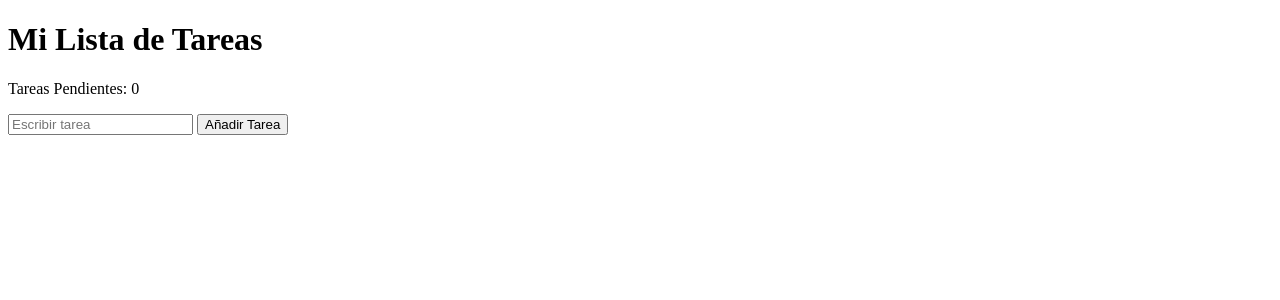
Repository: montsecg/nuclio-javascript-lecture-montse
Page: index.html
These files come from the project's save history. The page is drawn as it stood at one moment and after the next save; the edit follows.
The browser window is 1280 px wide. The pictures show the whole page.

Above is the page before, as saved 2021-04-16 09:45:28.

### index.html
<!DOCTYPE html>
<html lang="es">
<head> <!--tiene información sobre el documento-->
    <meta charset="UTF-8">
    <meta http-equiv="X-UA-Compatible" content="IE=edge">
    <meta name="viewport" content="width=device-width, initial-scale=1.0">
    <meta name="description" content="The description">
    <link rel="stylesheet" href="./styles.css">
    <script defer src="./main.js"></script><!--carga el documento de JAVASCRIPT-->
    <title>App con javascript</title>
</head>
<body> <!--tiene contenido de la página-->

    <h1 class= "title">Mi Lista de Tareas</h1>
    <p>Tareas Pendientes: <span></span></p>
    <form>
        <input placeholder= "Escribir tarea" type="text">
        <button type="submit">Añadir Tarea</button>
    </form>
    <p class="error"></p>
    <ul></ul>


<!-- siempre se escribre después de los elementos que se ven alterados por JAVASECRIPT-->


</body>
</html>

### main.js
const form = document.querySelector("form");//llama <l <form> del HTML
const input = document.querySelector("input"); //llama al <input> del HTML
const list = document.querySelector("ul"); //llama al <ul> del HTML
const error = document.querySelector(".error");//llama al <p class="error"> del HTML
const pending = document.querySelector("span"); //llama al <span> del HTML

let tasks = getNewTask(); //array para guardar las nuevas tareas
tasks.forEach(createItem); // crear nuevo item y guardarlo en array tasks
updatePendingTasks();//indica tareas pendientes en el array

function getNewTask() {//función para crear el array
    return [];
}

function createItem(newValue){
    const item = document.createElement("li"); //crea un <li> para la lista
    item.innerText= newValue;// El texto del item e igual al nuevo valor pasado por parámetro
    list.appendChild(item);// Se añade el item como hijo del <ul>
}

form.addEventListener("submit",(event)=>{
    event.preventDefault();//elimina la recarga automática el formulario en el navegador
    if (input.value) {
        createItem(input.value);//crea un nuevo item con el valor del input y se guarda en la lista
        saveTask(input.value);//guardar la tarea en el console.log
        clearInput();//limpia y focaliza el input al presionar click o enter
        clearError(); //limpia el error al iniciar la escritura en el input
        updatePendingTasks(); //indica las tareas pendientes
    } else {
        setError("No hay tarea nueva para guardar. Escribe una tarea nueva")

    }

});

list.addEventListener("click",(event)=>{
    removeItem(event.target);//elimina el item de la lista de tareas
    updatePendingTasks();//actualiza las tareas pendientes
});


function updatePendingTasks(){
    pending.innerText= tasks.length;//tareas pendientes igual a la dimensión del array tasks
}

Loaded but not shown: styles.css (no copy from this time; the picture is the same without it)

After the next save:
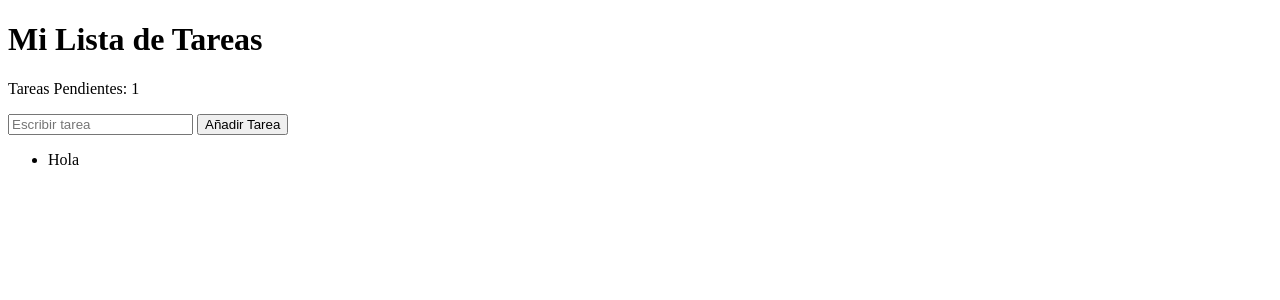
Saved 51 s later.
--- a/main.js
+++ b/main.js
@@ -9,7 +9,7 @@
 updatePendingTasks();//indica tareas pendientes en el array
 
 function getNewTask() {//función para crear el array
-    return [];
+    return ["Hola"];
 }
 
 function createItem(newValue){

After the save that followed:
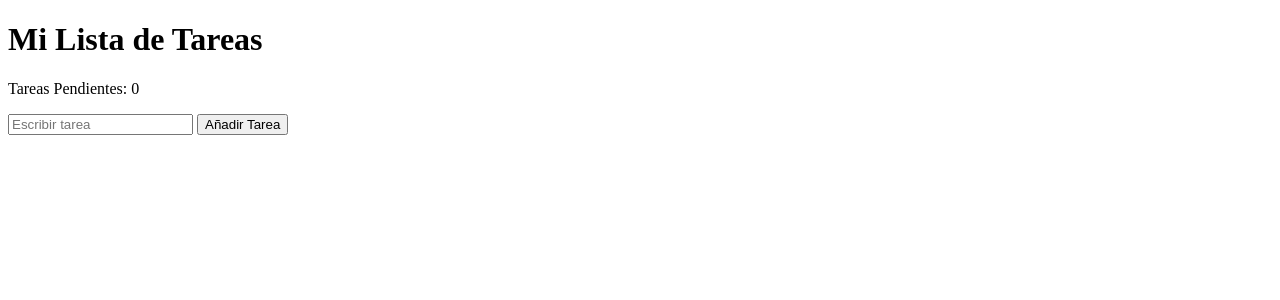
Saved 58 s later.
--- a/main.js
+++ b/main.js
@@ -9,7 +9,7 @@
 updatePendingTasks();//indica tareas pendientes en el array
 
 function getNewTask() {//función para crear el array
-    return ["Hola"];
+    return [];
 }
 
 function createItem(newValue){
